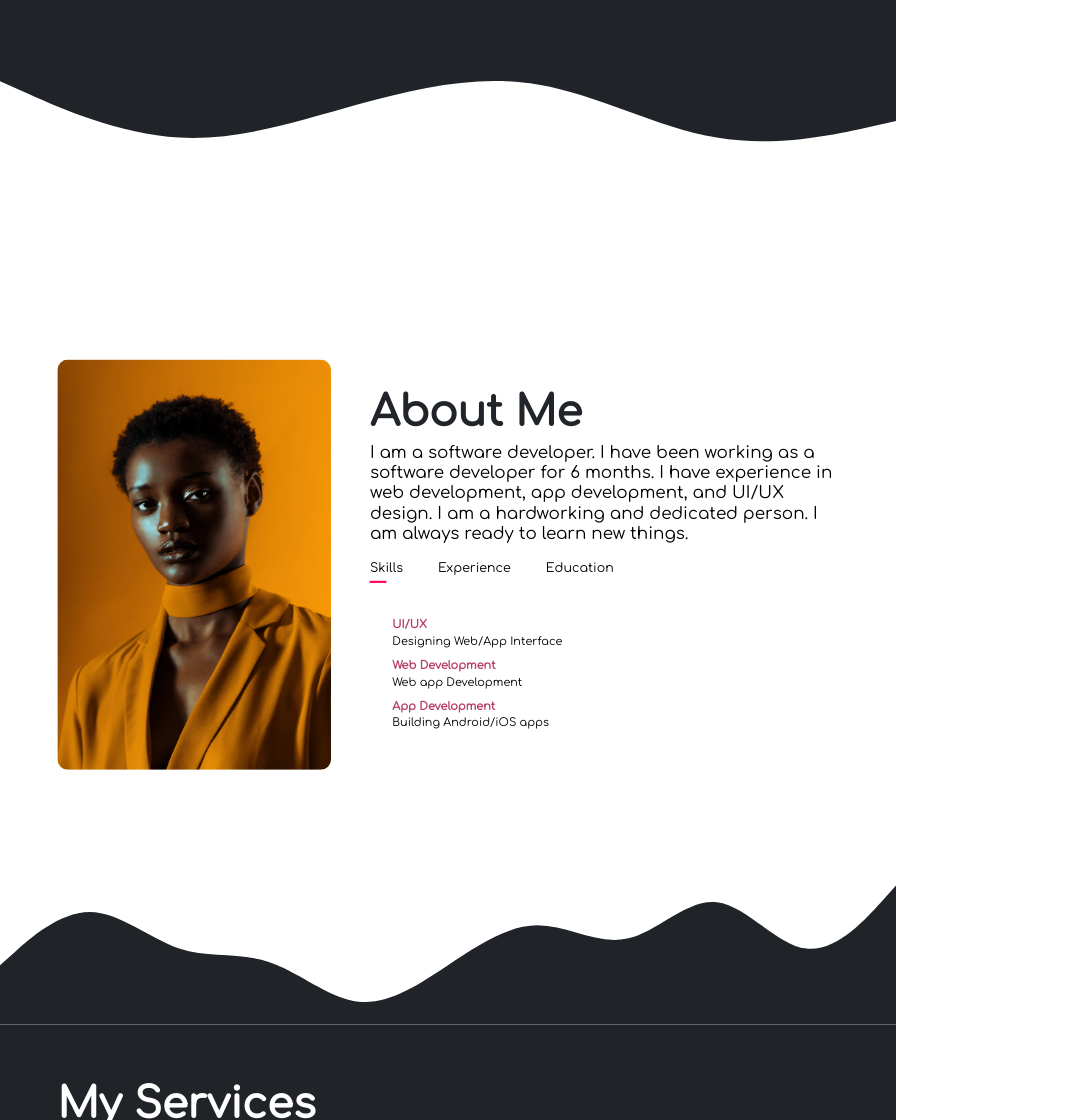
Repository: MMALI3287/Resume
Page: index.html
The author's editor kept a copy of each file at every save. The page is drawn from the files as they stood at one save, then again after the next save.
The browser window is 1280 px wide. The page is 1542 px wide, so the pictures cover 1542 px, including what lies to the right of the window. The pictures show the part of the page from y = 2974 to 4574 px (the page is 7207 px tall), at 70% of full size.
Some web libraries are served in a nearby version.

Above is the page before, as saved 2023-07-16 01:36:43.

After the next save:
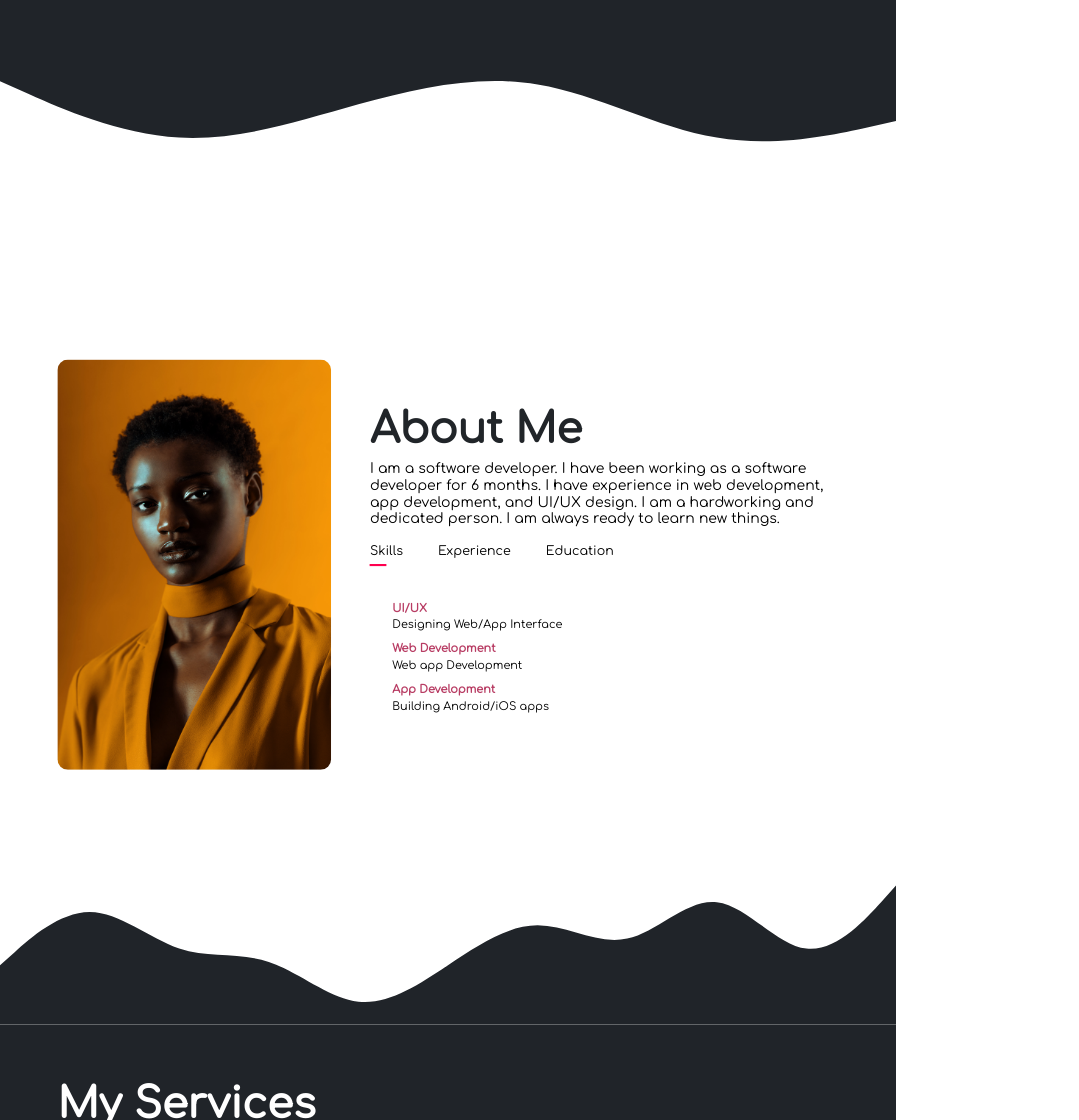
Saved 7 s later.
--- a/index.html
+++ b/index.html
@@ -212,7 +212,7 @@
         </div>
         <div class="about-col-2">
           <h2 class="sub-title text-dark">About Me</h2>
-          <p class="h4">
+          <p class="h5">
             I am a software developer. I have been working as a software developer for 6 months. I have
             experience in web development, app development, and UI/UX design. I am a hardworking and
             dedicated person. I am always ready to learn new things.
